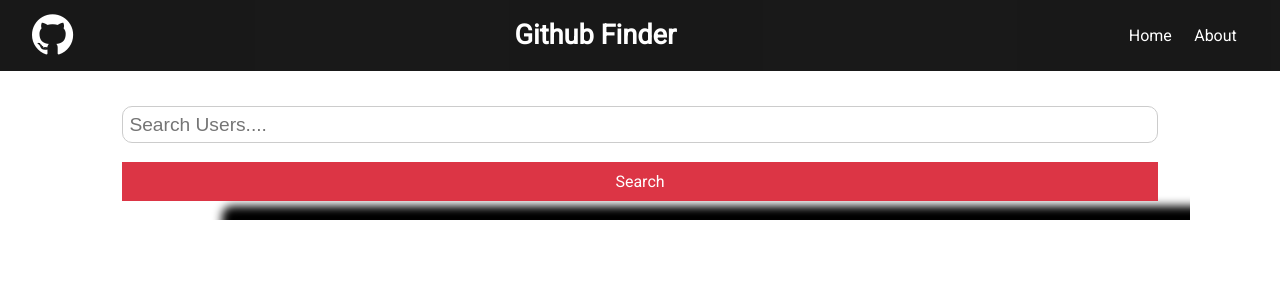
Repository: hemantsaini-7/ReactHooks-GitHub-Clone
Page: /
The author's editor kept a copy of each file at every save. The page is drawn from the files as they stood at one save, then again after the next save.
The browser window is 1280 px wide. The pictures show the whole page.
The project was rebuilt for these pictures with package versions that can differ from the ones it lists, and the page was loaded fresh each time. Also part of the build but not shown: src/components/users/UserItem.js, src/components/layout/Spinner.js, src/components/repos/RepoItem.js, src/components/repos/Repos.js, src/components/users/User.js, src/components/layout/Alert.js, src/components/pages/About.js.

Above is the page before, as saved 2020-08-06 09:51:14.

### public/index.html
<!DOCTYPE html>
<html lang="en">
  <head>
    <meta charset="utf-8" />
    <link rel="icon" href="%PUBLIC_URL%/favicon.ico" />
    <meta name="viewport" content="width=device-width, initial-scale=1" />
    <meta name="theme-color" content="#000000" />
    <meta
      name="description"
      content="Web site created using create-react-app"
    />
    <link rel="apple-touch-icon" href="%PUBLIC_URL%/logo192.png" />

    <link rel="manifest" href="%PUBLIC_URL%/manifest.json" />
    <link
      rel="stylesheet"
      href="https://stackpath.bootstrapcdn.com/font-awesome/4.7.0/css/font-awesome.min.css"
    />
    <title>React App</title>
  </head>
  <body>
    <noscript>You need to enable JavaScript to run this app.</noscript>
    <div id="root"></div>
  </body>
</html>

### src/App.js
import React, { Fragment, useState } from "react";
import "./App.css";
import { BrowserRouter as Router, Switch, Route } from "react-router-dom";
import Navbar from "./components/layout/Navbar";
import Users from "./components/users/Users";
import User from "./components/users/User";
import Search from "./components/users/Search";
import Alert from "./components/layout/Alert";
import About from "./components/pages/About";
import axios from "axios";
const App = () => {
  const [users, setUsers] = useState([]);
  const [user, setUser] = useState({});
  const [repos, setRepos] = useState([]);
  const [loading, setLoading] = useState(false);
  const [alert, setAlert] = useState(null);

  const searchUsers = async (text) => {
    //this.setState({ loading: true });
    setLoading(true);
    const res = await axios.get(
      `https://api.github.com/search/users?q=${text}&cliend_id=${process.env.REACT_APP_GITHUB_CLIENT_ID}&client_secret=${process.env.REACT_APP_GITHUB_CLIENT_SECRET}`
    );
    setUsers(res.data.items);
    setLoading(false);
  };

  const clearUsers = () => {
    setUsers([]);
    setLoading(false);
  };

  const showAlert = (msg, type) => {
    //this.setState({ alert: { msg, type } });
    setAlert({ msg, type });
    setTimeout(() => setAlert(null), 5000);
  };

  const getUser = async (username) => {
    setLoading(true);
    const res = await axios.get(
      `https://api.github.com/users/${username}?cliend_id=${process.env.REACT_APP_GITHUB_CLIENT_ID}&client_secret=${process.env.REACT_APP_GITHUB_CLIENT_SECRET}`
    );
    setUser(res.data);
    setLoading(false);
  };

  const getUserRepos = async (username) => {
    setLoading(true);
    const res = await axios.get(
      `https://api.github.com/users/${username}/repos?per_page=5&sort=created:asc&cliend_id=${process.env.REACT_APP_GITHUB_CLIENT_ID}&client_secret=${process.env.REACT_APP_GITHUB_CLIENT_SECRET}`
    );
    setRepos(res.data);
    setLoading(false);
  };

  return (
    <Router>
      <div className='App'>
        <Navbar title='Github Finder' />
        <div className='container'>
          <Alert alert={alert} />
          <Switch>
            <Route
              exact
              path='/'
              render={(props) => (
                <Fragment>
                  <Search
                    searchUsers={searchUsers}
                    clearUsers={clearUsers}
                    showClear={users.length > 0 ? true : false}
                    setAlert={showAlert}
                  />
                  <Users users={users} loading={loading} />
                </Fragment>
              )}
            />
            <Route exact path='/about' component={About} />
            <Route
              exact
              path='/user/:login'
              render={(props) => (
                <User
                  {...props}
                  getUser={getUser}
                  getUserRepos={getUserRepos}
                  repos={repos}
                  user={user}
                  loading={loading}
                />
              )}
            />
          </Switch>
        </div>
      </div>
    </Router>
  );
};

export default App;

### src/App.css
@import url("https://fonts.googleapis.com/css?family=Roboto");

/* Global Styles */
:root {
  --primary-color: #dc3545;
  --dark-color: #333333;
  --light-color: #f4f4f4;
  --danger-color: #dc3545;
  --success-color: #28a745;
}

* {
  box-sizing: border-box;
  margin: 0;
  padding: 0;
}

body {
  font-family: "Roboto", sans-serif;
  font-size: 1rem;
  line-height: 1.6;
  background-color: #fff;
  color: #333;
}

a {
  color: var(--primary-color);
  text-decoration: none;
}

a:hover {
  color: #666;
}

ul {
  list-style: none;
}

img {
  width: 100%;
}

/* Utilities */
.container {
  max-width: 1100px;
  margin: auto;
  overflow: hidden;
  padding: 0 2rem;
}

/* Text Styles*/
.x-large {
  font-size: 4rem;
  line-height: 1.2;
  margin-bottom: 1rem;
}

.large {
  font-size: 3rem;
  line-height: 1.2;
  margin-bottom: 1rem;
}

.lead {
  font-size: 1.5rem;
  margin-bottom: 1rem;
}

.text-center {
  text-align: center;
}

.text-primary {
  color: var(--primary-color);
}

.text-dark {
  color: var(--dark-color);
}

.text-success {
  color: var(--success-color);
}

.text-danger {
  color: var(--danger-color);
}

.text-center {
  text-align: center;
}

.text-right {
  text-align: right;
}

.text-left {
  text-align: left;
}

/* Center All */
.all-center {
  display: flex;
  flex-direction: column;
  width: 100%;
  margin: auto;
  justify-content: center;
  align-items: center;
  text-align: center;
}

/* Cards */
.card {
  padding: 1rem;
  border: #ccc 1px dotted;
  margin: 0.7rem 0;
}

/* List */
.list {
  margin: 0.5rem 0;
}

.list li {
  padding-bottom: 0.3rem;
}

/* Padding */
.p {
  padding: 0.5rem;
}
.p-1 {
  padding: 1rem;
}
.p-2 {
  padding: 2rem;
}
.p-3 {
  padding: 3rem;
}
.py {
  padding: 0.5rem 0;
}
.py-1 {
  padding: 1rem 0;
}
.py-2 {
  padding: 2rem 0;
}
.py-3 {
  padding: 3rem 0;
}

/* Margin */
.m {
  margin: 0.5rem;
}
.m-1 {
  margin: 1rem;
}
.m-2 {
  margin: 2rem;
}
.m-3 {
  margin: 3rem;
}
.my {
  margin: 0.5rem 0;
}
.my-1 {
  margin: 1rem 0;
}
.my-2 {
  margin: 2rem 0;
}
.my-3 {
  margin: 3rem 0;
}

/* Grid */
.grid-2 {
  display: grid;
  grid-template-columns: repeat(2, 1fr);
  grid-gap: 1rem;
}

.grid-3 {
  display: grid;
  grid-template-columns: repeat(3, 1fr);
  grid-gap: 1rem;
}

.grid-4 {
  display: grid;
  grid-template-columns: repeat(4, 1fr);
  grid-gap: 1rem;
}

.btn {
  display: inline-block;
  background: var(--light-color);
  color: #333;
  padding: 0.4rem 1.3rem;
  font-size: 1rem;
  border: none;
  cursor: pointer;
  margin-right: 0.5rem;
  transition: opacity 0.2s ease-in;
  outline: none;
}

.btn-link {
  background: none;
  padding: 0;
  margin: 0;
}

.btn-block {
  display: block;
  width: 100%;
}

.btn-sm {
  font-size: 0.8rem;
  padding: 0.3rem 1rem;
  margin-right: 0.2rem;
}

.badge {
  display: inline-block;
  font-size: 0.8rem;
  padding: 0.2rem 0.7rem;
  text-align: center;
  margin: 0.3rem;
  background: var(--light-color);
  color: #333;
  border-radius: 5px;
}

.alert {
  padding: 0.7rem;
  margin: 1rem 0;
  opacity: 0.9;
  background: var(--light-color);
  color: #333;
}

.btn-primary,
.bg-primary,
.badge-primary,
.alert-primary {
  background: var(--primary-color);
  color: #fff;
}

.btn-light,
.bg-light,
.badge-light,
.alert-light {
  background: var(--light-color);
  color: #333;
}

.btn-dark,
.bg-dark,
.badge-dark,
.alert-dark {
  background: var(--dark-color);
  color: #fff;
}

.btn-danger,
.bg-danger,
.badge-danger,
.alert-danger {
  background: var(--danger-color);
  color: #fff;
}

.btn-success,
.bg-success,
.badge-success,
.alert-success {
  background: var(--success-color);
  color: #fff;
}

.btn-white,
.bg-white,
.badge-white,
.alert-white {
  background: #fff;
  color: #333;
  border: #ccc solid 1px;
}

.btn:hover {
  opacity: 0.8;
}

.bg-light,
.badge-light {
  border: #ccc solid 1px;
}

.round-img {
  border-radius: 50%;
}

/* Forms */
input {
  margin: 1.2rem 0;
}

.form-text {
  display: block;
  margin-top: 0.3rem;
  color: #888;
}

input[type="text"],
input[type="email"],
input[type="password"],
input[type="date"],
select,
textarea {
  display: block;
  width: 100%;
  padding: 0.4rem;
  font-size: 1.2rem;
  border: 1px solid #ccc;
}

input[type="submit"],
button {
  font: inherit;
}

table th,
table td {
  padding: 1rem;
  text-align: left;
}

table th {
  background: var(--light-color);
}

/* Navbar */
.navbar {
  display: flex;
  justify-content: space-between;
  align-items: center;
  padding: 0.7rem 2rem;
  z-index: 1;
  width: 100%;
  opacity: 0.9;
  margin-bottom: 1rem;
}

.navbar ul {
  display: flex;
}

.navbar a {
  color: #fff;
  padding: 0.45rem;
  margin: 0 0.25rem;
}

.navbar a:hover {
  color: var(--light-color);
}

.navbar .welcome span {
  margin-right: 0.6rem;
}
.bg-black {
  background: #000;
  color: #fff;
}
.nav-head {
  font-size: 1.7rem;
  /* margin-left: 100px; */
}
.s-field {
  border-radius: 10px;
  box-shadow: 100px 100px 10px #000;
}
.s-field:focus {
  outline: none;
}
/* Mobile Styles */
@media (max-width: 700px) {
  .hide-sm {
    display: none;
  }

  .grid-2,
  .grid-3,
  .grid-4 {
    grid-template-columns: 1fr;
  }

  /* Text Styles */
  .x-large {
    font-size: 3rem;
  }

  .large {
    font-size: 2rem;
  }

  .lead {
    font-size: 1rem;
  }

  /* Navbar */
  .navbar {
    display: block;
    text-align: center;
  }

  .navbar ul {
    text-align: center;
    justify-content: center;
  }
}

### src/components/layout/Navbar.js
import React from "react";
import { Link } from "react-router-dom";
function Navbar(props) {
  return (
    <nav className='navbar bg-black '>
      <span>
        <i className='fa fa-github fa-3x'></i>
      </span>
      <h3 className='nav-head'>{props.title}</h3>
      <ul>
        <li>
          <Link to='/'>Home</Link>
        </li>
        <li>
          <Link to='/about'>About</Link>
        </li>
      </ul>
    </nav>
  );
}

export default Navbar;

### src/components/users/Users.js
import React from "react";
import UserItem from "./UserItem";
import Spinner from "../layout/Spinner";

const Users = ({ users, loading }) => {
  if (loading) {
    return <Spinner />;
  } else {
    return (
      <div style={userStyle}>
        {users.map((user) => (
          <UserItem key={user.id} user={user} />
        ))}
      </div>
    );
  }
};

const userStyle = {
  display: "grid",
  gridTemplateColumns: "repeat(3,1fr)",
  gridGap: "1rem",
};

export default Users;

### src/components/users/Search.js
import React, { useState } from "react";

//Removal of this keyword
//addition of const while making function
//use of arrow to avoid bind()
//removal of this.setState() ==> Just call setText(pass the changed value)
//removal of this.state.text ==> text
//that this.props convertinto just props in function and that too we destructure on top

const Search = ({ setAlert, searchUsers, showClear, clearUsers }) => {
  const [text, setText] = useState("");

  const onChange = (e) => {
    setText(e.target.value);
  };

  const onSubmit = (e) => {
    e.preventDefault();

    if (text === "") {
      setAlert("Please Enter Something..!!", "light");
    } else {
      searchUsers(text);
      setText("");
    }
  };

  return (
    <div>
      <form onSubmit={onSubmit} className='form'>
        <input
          type='text'
          name='text'
          placeholder='Search Users....'
          value={text}
          onChange={onChange}
          autoComplete='off'
          className='s-field'
        />
        <input
          type='submit'
          value='Search'
          className='btn btn-primary btn-block'
        />
      </form>

      {showClear && (
        <button className='btn btn-light btn-block' onClick={clearUsers}>
          Clear
        </button>
      )}
    </div>
  );
};

export default Search;

Loaded but not shown: src/index.js (common file)

After the next save:
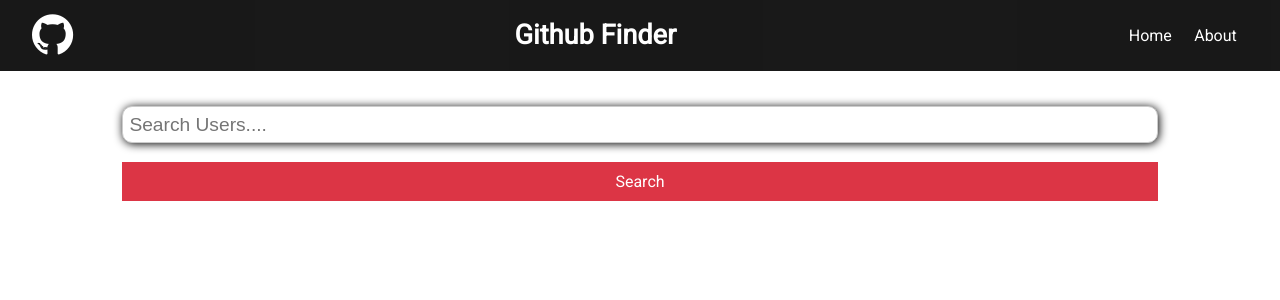
Saved 6 s later.
--- a/src/App.css
+++ b/src/App.css
@@ -385,7 +385,7 @@
 }
 .s-field {
   border-radius: 10px;
-  box-shadow: 100px 100px 10px #000;
+  box-shadow: 1px 1px 10px #000;
 }
 .s-field:focus {
   outline: none;
